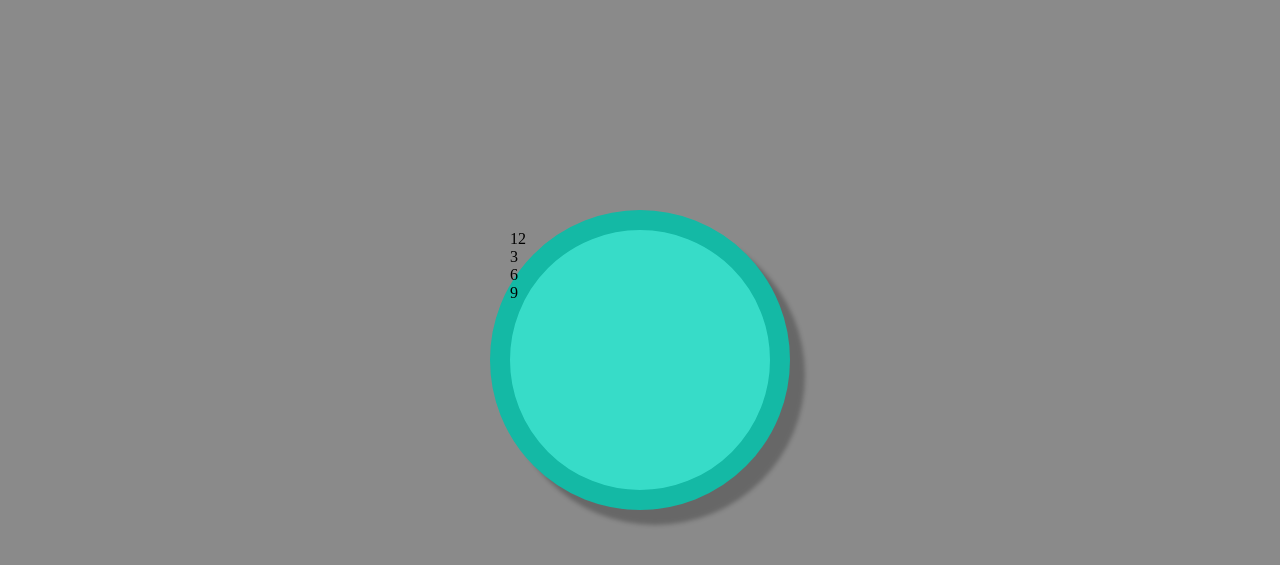
Repository: ChenWarren/web-clock
Page: index.html
An editor plug-in stored every save of this project. The page is shown before and after the next save, followed by the edit.
The browser window is 1280 px wide. The pictures show the whole page.

Above is the page before, as saved 2021-03-18 20:48:30.

After the next save:
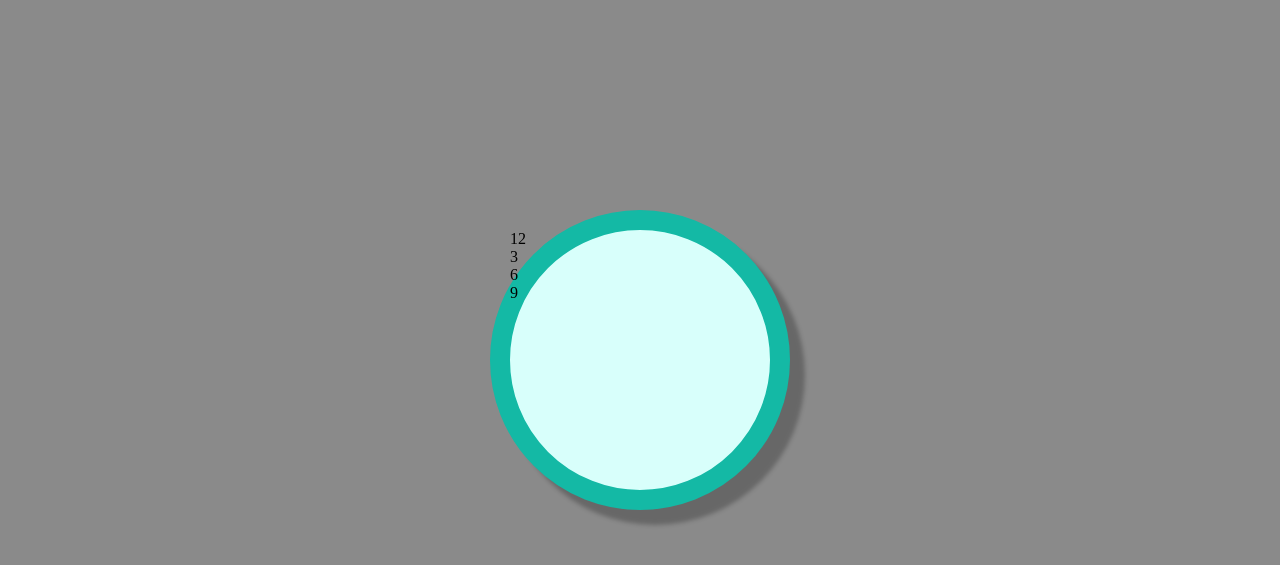
Saved 19 s later.
--- a/main.css
+++ b/main.css
@@ -18,7 +18,7 @@ body {
     width: 300px;
     height: 300px;
     border-radius: 50%;
-    background: #37DCC8;
+    background: #d8fffb;
     border: 20px solid #14B9A5;
     box-sizing: border-box;
     box-shadow: 15px 15px 4px rgba(0, 0, 0, 0.25);
